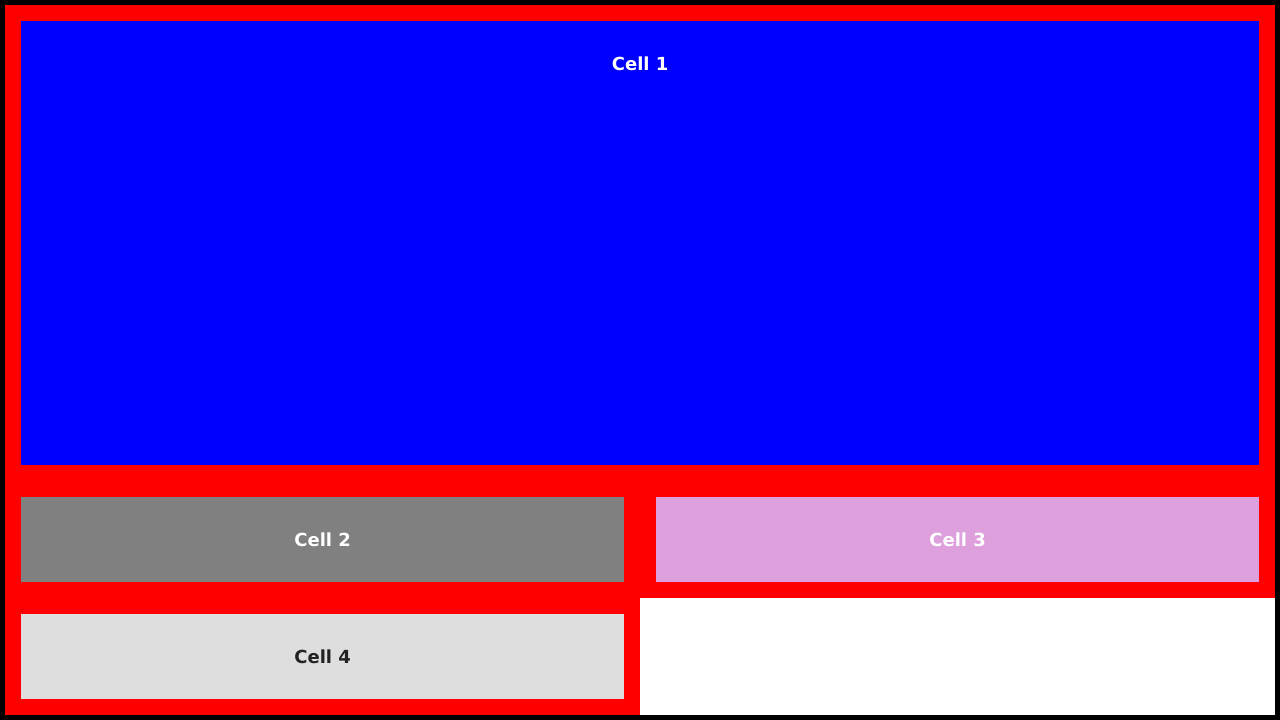
Repository: Ndifoinhilary/css_grid
Page: css-grid-learn/index.html
These files come from the project's save history. The page is drawn as it stood at one moment and after the next save; the edit follows.
The browser window is 1280 px wide. The pictures show the whole page.

Above is the page before, as saved 2024-01-27 05:23:32.

### css-grid-learn/index.html
<!DOCTYPE html>
<html lang="en">
<head>
    <meta charset="UTF-8">
    <meta name="viewport" content="width=device-width, initial-scale=1.0">
    <title>Css grid</title>
    <link rel="stylesheet" href="/css-grid-learn/main.css">
</head>
<body>
    <div class="container">
        <div class="cell class-1  ">cell 1</div>
        <div class="cell class-2">cell 2</div>
        <div class="cell class-3">cell 3</div>
        <div class="cell class-4">cell 4</div>
    </div>
</body>
</html>

### css-grid-learn/main.css
*{
    margin: 0;
    padding: 0;
    box-sizing: border-box;
}

body{
    font-family: Verdana, Geneva, Tahoma, sans-serif;
    color: #222;
}

.container{
    border: 5px solid black;
}

.cell{
    background: #dedede;
    text-transform: capitalize;
    text-align: center;
    font-weight: bold;
    padding: 2rem;
    font-size: large;
    border:1rem solid red;
}

.container{
    height: 100vh;
    display: grid;
    grid-template-columns:1fr 1fr;
    grid-template-rows: 1fr 2fr;
}


.class-1{
    color: white;
    background: blue;
   grid-row: 1/3;
   grid-column: 1/3;
}
.class-2{
    color: white;
    background:gray;
}
.class-3{
    color: white;
    background:plum;
}

After the next save:
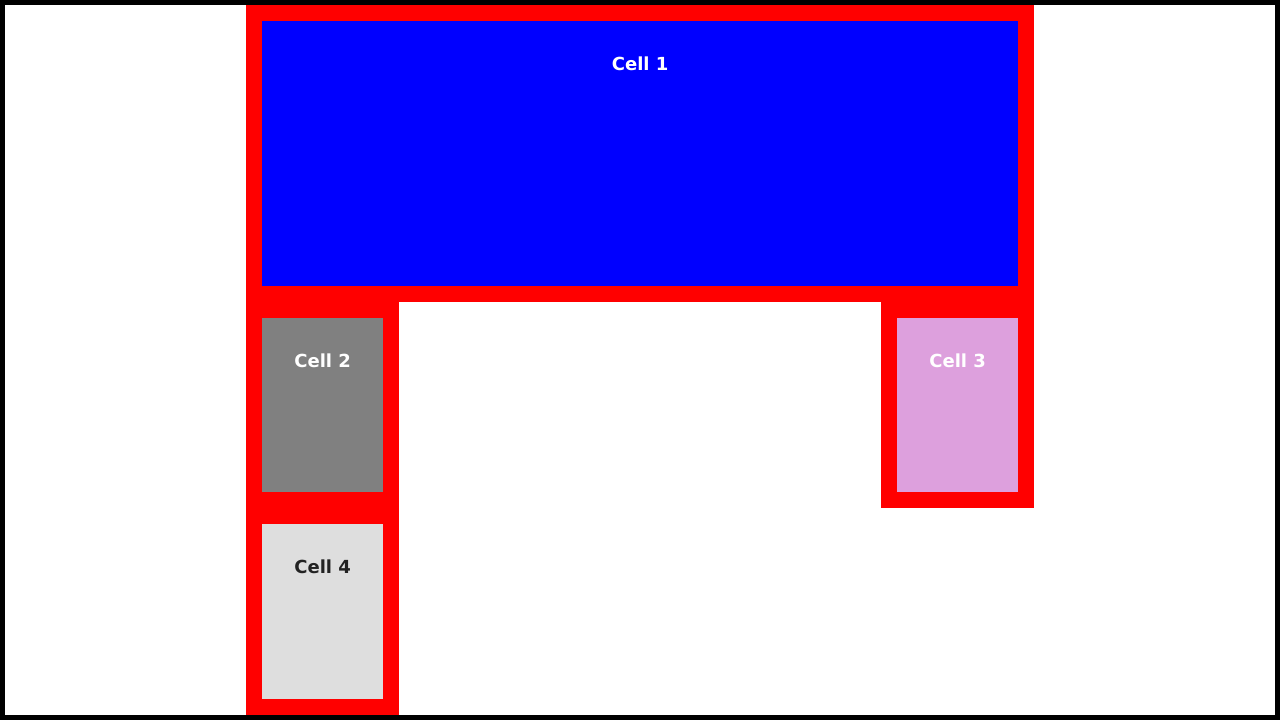
Saved 4 min 50 s later.
--- a/css-grid-learn/main.css
+++ b/css-grid-learn/main.css
@@ -26,8 +26,7 @@
 .container{
     height: 100vh;
     display: grid;
-    grid-template-columns:1fr 1fr;
-    grid-template-rows: 1fr 2fr;
+   justify-content: space-around;
 }
 
 
